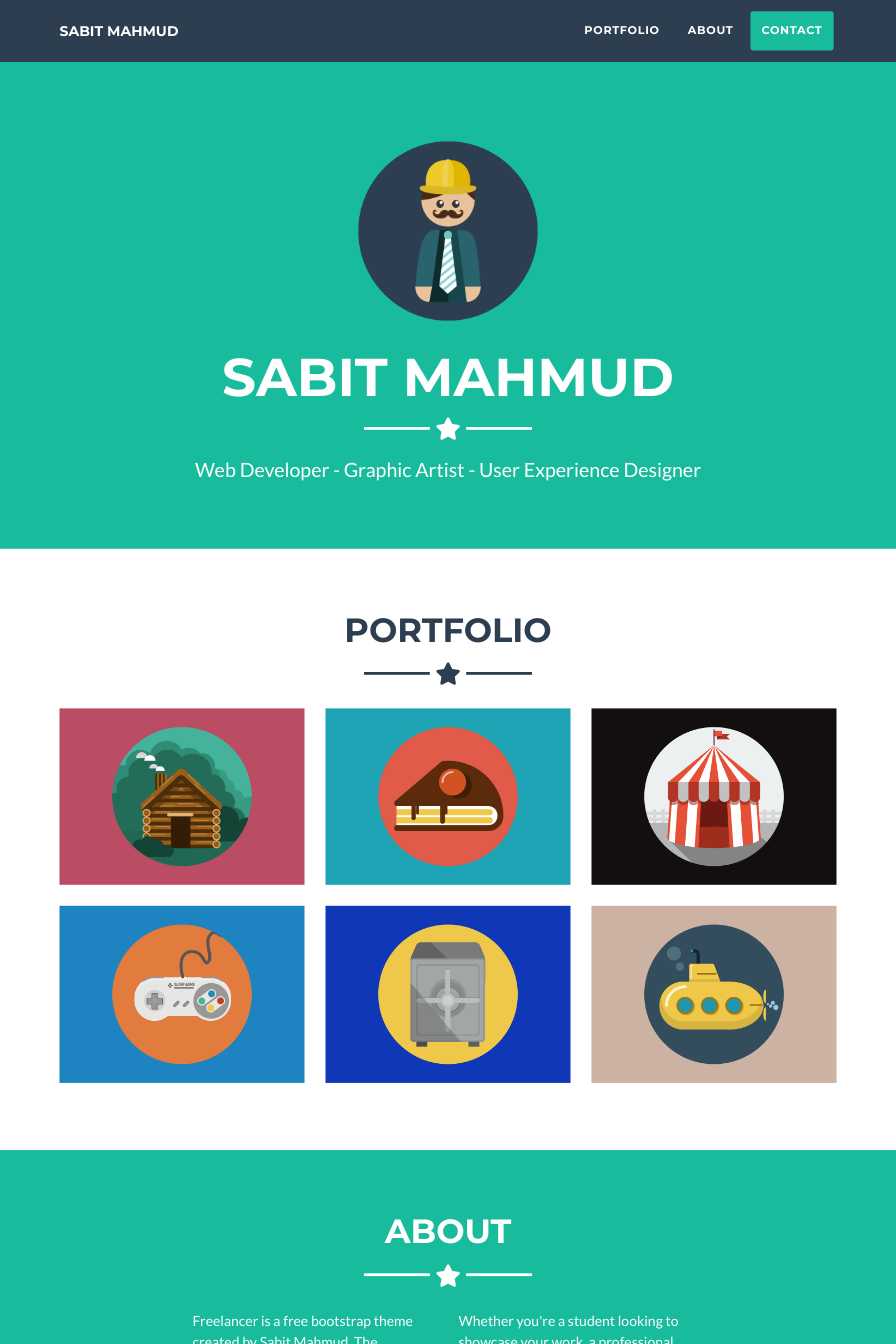
Repository: SabitDeepto/portfolio
Page: index.html
These files come from the project's save history. The page is drawn as it stood at one moment and after the next save; the edit follows.
The browser window is 1280 px wide. The pictures show the part of the page from y = 0 to 1920 px (the page is 3596 px tall), at 70% of full size.

Above is the page before, as saved 2019-04-04 23:11:29.

After the next save:
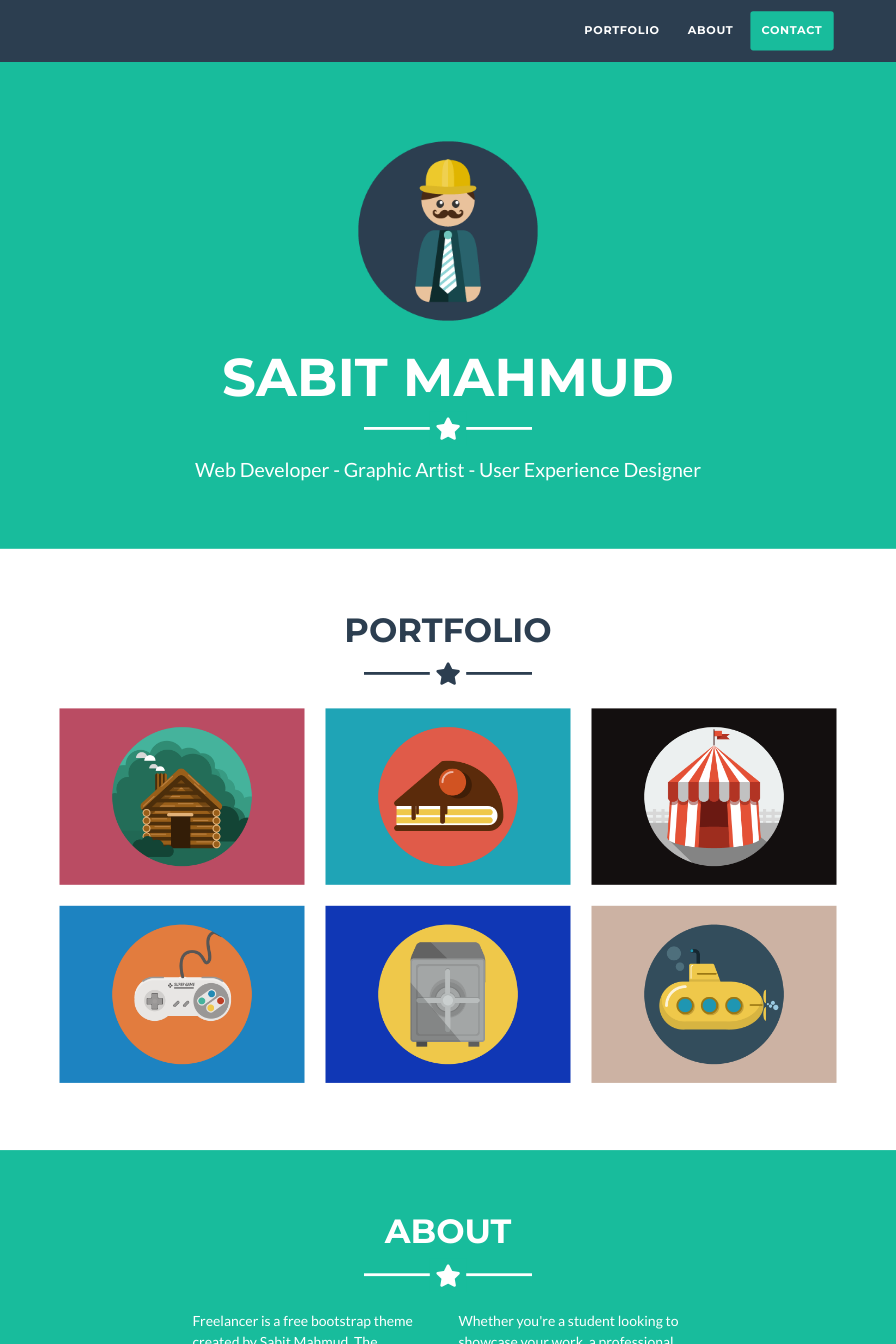
Saved 58 s later.
--- a/index.html
+++ b/index.html
@@ -31,7 +31,7 @@
   <!-- Navigation -->
   <nav class="navbar navbar-expand-lg bg-secondary fixed-top text-uppercase" id="mainNav">
     <div class="container">
-      <a class="navbar-brand js-scroll-trigger" href="#page-top">Sabit Mahmud</a>
+      <!-- <a class="navbar-brand js-scroll-trigger" href="#page-top">Sabit Mahmud</a> -->
       <button class="navbar-toggler navbar-toggler-right text-uppercase bg-primary text-white rounded" type="button" data-toggle="collapse" data-target="#navbarResponsive" aria-controls="navbarResponsive" aria-expanded="false" aria-label="Toggle navigation">
         Menu
         <i class="fas fa-bars"></i>
